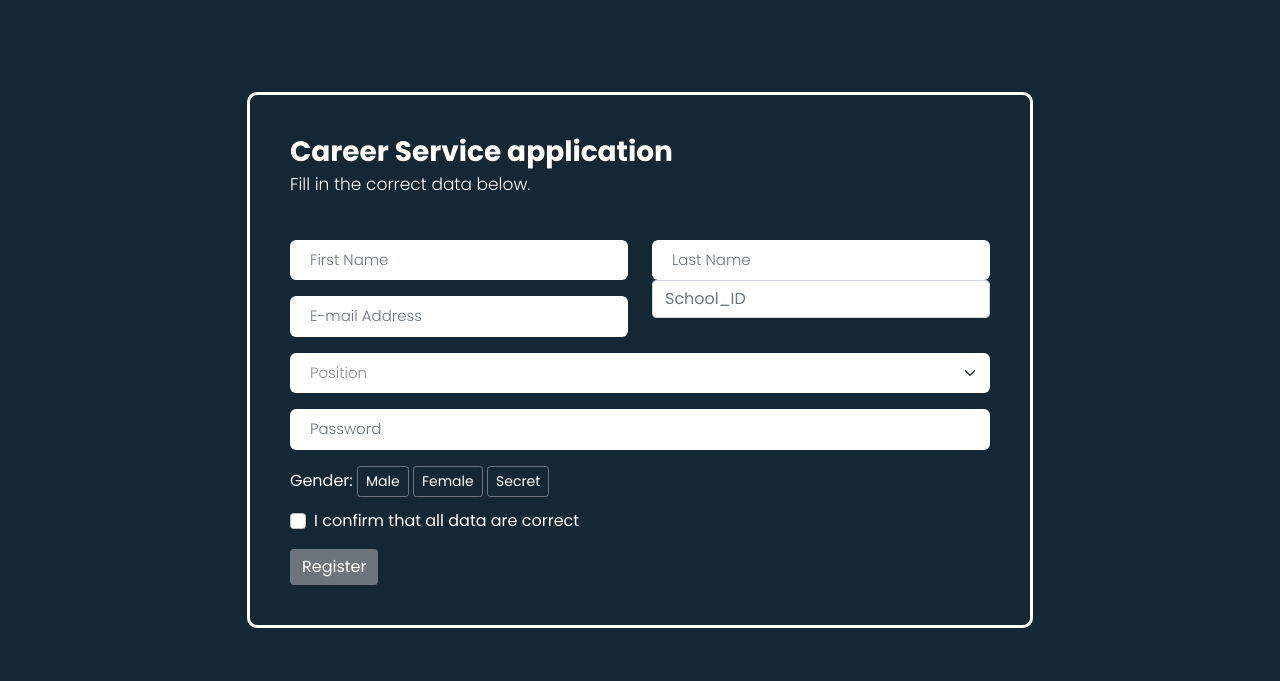
Repository: Samkiroko/form-assignment
Page: index.html
An editor plug-in stored every save of this project. The page is shown before and after the next save, followed by the edit.
The browser window is 1280 px wide. The pictures show the whole page.

Above is the page before, as saved 2022-12-03 18:40:37.

After the next save:
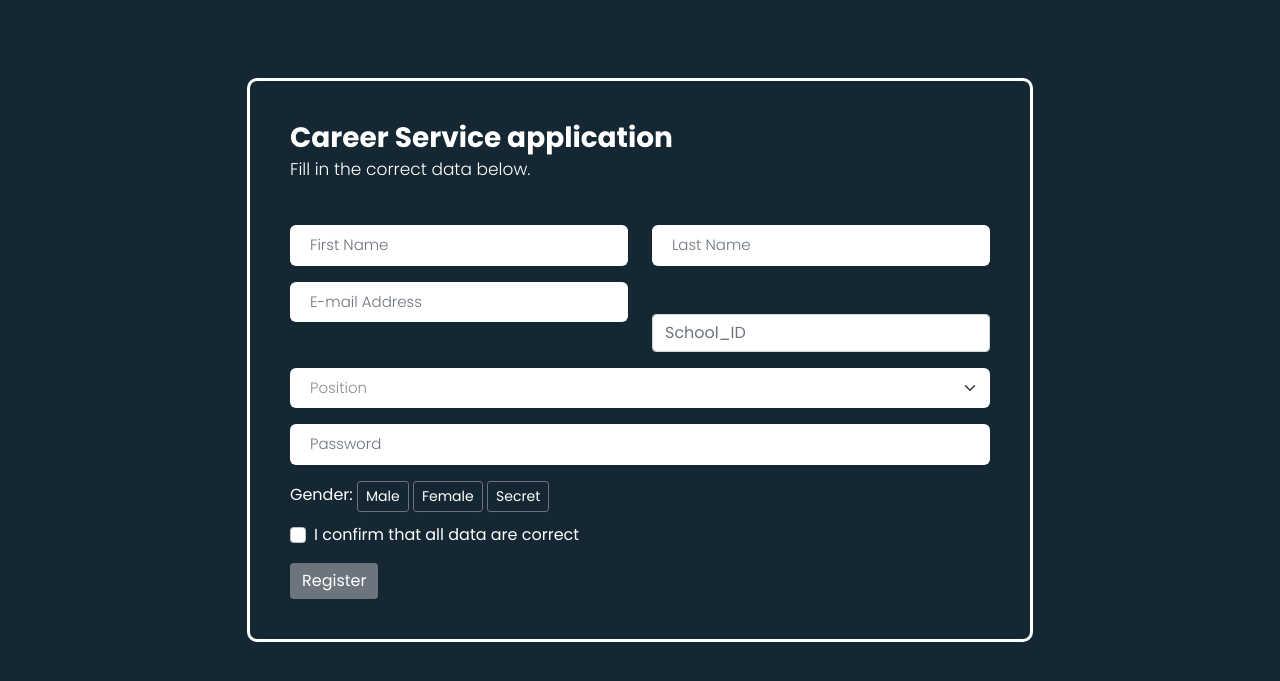
Saved 33 s later.
--- a/index.html
+++ b/index.html
@@ -34,7 +34,7 @@
                                  <div class="valid-feedback">Email field is valid!</div>
                                  <div class="invalid-feedback">Email field cannot be blank!</div>
                             </div>
-                             <div class="col-6">
+                             <div class="col-6 mt-5">
                                 <input class="form-control" type="number" name="ID" placeholder="School_ID" required>
                                  <div class="valid-feedback">School id field is valid!</div>
                                  <div class="invalid-feedback">School id field cannot be blank!</div>
